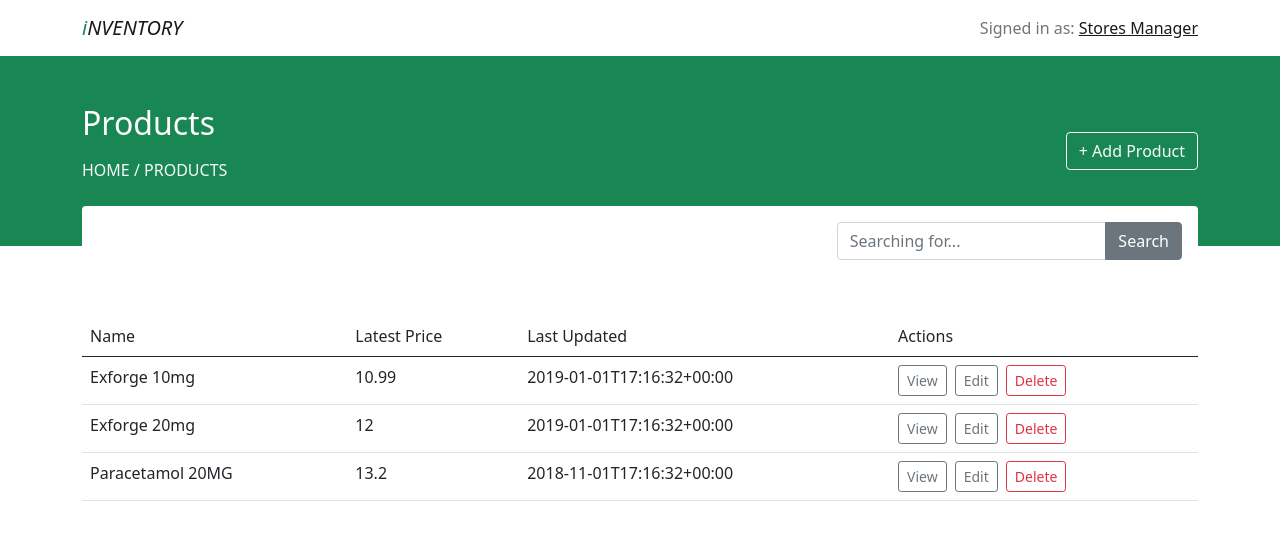
Repository: tHEO2k17/inventory-manager
Page: /
These files come from the project's save history. The page is drawn as it stood at one moment and after the next save; the edit follows.
The browser window is 1280 px wide. The pictures show the whole page.
The project was rebuilt for these pictures with package versions that can differ from the ones it lists, and the page was loaded fresh each time.

Above is the page before, as saved 2021-08-31 09:31:01.

### src/index.tsx
import React from 'react';
import ReactDOM from 'react-dom';
import './index.scss';
import App from './presentation/App';

ReactDOM.render(
  <React.StrictMode>
    <App />
  </React.StrictMode>,
  document.getElementById('root')
);

### src/index.scss
@import '~bootstrap/scss/bootstrap.scss';

.mtn-40{
    margin-top: -40px;
}

### src/presentation/App.tsx
import ProductsPage from './pages/ProductsPage';

export default function App() {
  return ( <ProductsPage/> );
}

### src/presentation/pages/ProductsPage.tsx
import { Component } from "react"
import { Button, Card, Col, Container, FormControl, InputGroup, Row, Table } from "react-bootstrap";
import { mock } from "../../core/mock";
import Banner from "../components/Banner";
import Product from "../components/Product";
import ProductForm from "../components/ProductForm";
import TopBar from "../components/TopBar";

export default class ProductsPage extends Component {
    // constructor(props: any) {
    //     super(props);
    // }

    render() {
        return (
            <>
                <TopBar />
                <Banner />
                <Container>
                    <Card className="mtn-40 border-0">
                        <Card.Body>
                            <Row>
                                <Col></Col>
                                <Col md="4">
                                    <InputGroup className="mb-3">
                                        <FormControl
                                            placeholder="Searching for..."
                                            aria-label="Searching for..."
                                            aria-describedby="basic-addon2"
                                        />
                                        <Button variant="secondary" id="button-addon2"> Search</Button>
                                    </InputGroup>
                                </Col>
                            </Row>
                        </Card.Body>
                    </Card>
                    {/* <ProductForm /> */}
                    <br />
                    <Table>
                        <thead>
                            <tr>
                                <td>Name</td>
                                <td>Latest Price</td>
                                <td>Last Updated</td>
                                <td>Actions</td>
                            </tr>
                        </thead>
                        <tbody>
                            {
                                mock.products.map(product => <Product key={product.id} product={product} />)
                            }
                        </tbody>
                    </Table>
                </Container>
            </>
        );
    }
}

### src/core/mock.ts
export const mock = {
    "products": [
        {
            "id": 1,
            "name": "Exforge 10mg",
            "prices": [
                {
                    "id": 1,
                    "price": 10.99,
                    "date": "2019-01-01T17:16:32+00:00"
                },
                {
                    "id": 2,
                    "price": 9.20,
                    "date": "2018-11-01T17:16:32+00:00"
                }
            ]
        },
        {
            "id": 2,
            "name": "Exforge 20mg",
            "prices": [
                {
                    "id": 3,
                    "price": 12.00,
                    "date": "2019-01-01T17:16:32+00:00"
                },
                {
                    "id": 4,
                    "price": 13.20,
                    "date": "2018-11-01T17:16:32+00:00"
                }
            ]
        },
        {
            "id": 3,
            "name": "Paracetamol 20MG",
            "prices": [
                {
                    "id": 5,
                    "price": 5.00,
                    "date": "2017-01-01T17:16:32+00:00"
                },
                {
                    "id": 6,
                    "price": 13.20,
                    "date": "2018-11-01T17:16:32+00:00"
                }
            ]
        }
    ]
};

### src/presentation/components/Banner.tsx
import { Button, Col, Container, Row } from "react-bootstrap";

const Banner = () => {
    return (
        <section className="bg-success">
            <Container className="py-5 text-white">
                <Row className="align-items-center">
                    <Col>
                        <h2>Products</h2>
                        <p className="text-light mt-3 fw-light fs-6">HOME / PRODUCTS</p>
                    </Col>
                    <Col>
                        <Button variant="outline-light" className="float-end">+ Add Product</Button>
                    </Col>
                </Row>
            </Container>
        </section>
    );
}

export default Banner;

### src/presentation/components/Product.tsx
import { Button } from "react-bootstrap"
import moment from 'moment';

const Product = ({ product }: ProductProps) => {

    const findLatestPriceInfo = (prices: any[]): any => {
        return prices.reduce(
            (acc: any, value: any) =>
                moment(acc.date).isAfter(value.date)
                    ? acc
                    : value
        );
    }

    return (
        <tr>
            <td>{product.name}</td>
            <td>{findLatestPriceInfo(product.prices).price}</td>
            <td>{findLatestPriceInfo(product.prices).date}</td>
            <td>
                <Button size="sm" variant="outline-secondary">View</Button>
                <Button size="sm" variant="outline-secondary" className="mx-2">Edit</Button>
                <Button size="sm" variant="outline-danger">Delete</Button>
            </td>
        </tr>
    );

}

export default Product;

type ProductProps = {
    key: any,
    product: any
}

### src/presentation/components/TopBar.tsx
import { Container, Navbar } from "react-bootstrap";

const TopBar = () => {
    return (
        <Navbar>
            <Container>
                <Navbar.Brand href="#home" className="fst-italic"><span className="text-success">i</span>NVENTORY</Navbar.Brand>
                <Navbar.Toggle />
                <Navbar.Collapse className="justify-content-end">
                    <Navbar.Text>
                        Signed in as: <a href="#login">Stores Manager</a>
                    </Navbar.Text>
                </Navbar.Collapse>
            </Container>
        </Navbar>
    );
}

export default TopBar;

Loaded but not shown: public/index.html (common file)

After the next save:
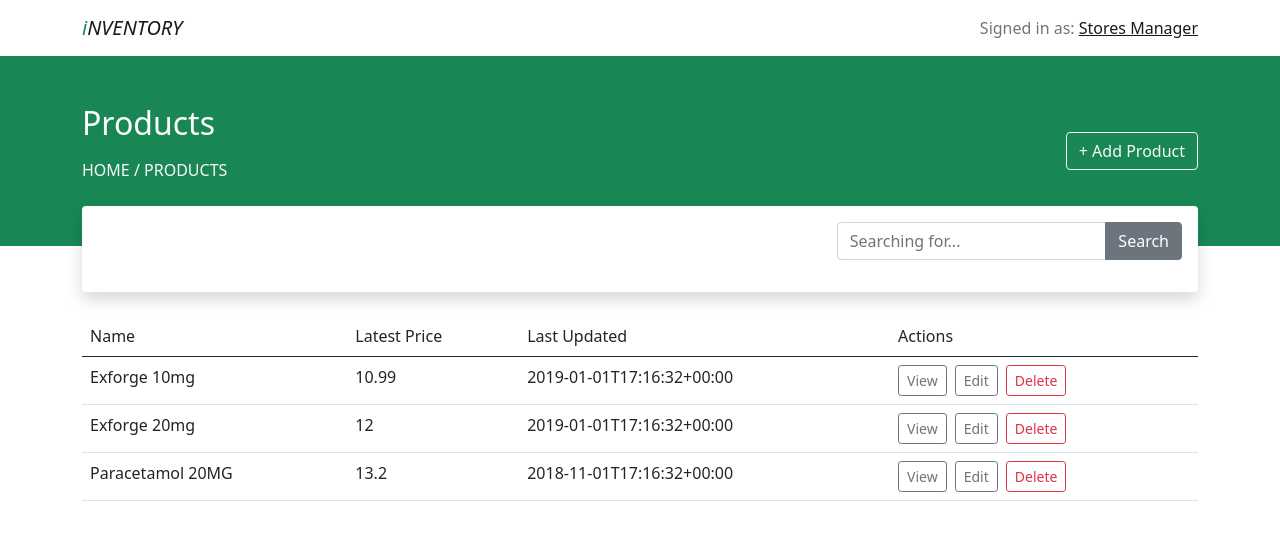
Saved 8 s later.
--- a/src/presentation/pages/ProductsPage.tsx
+++ b/src/presentation/pages/ProductsPage.tsx
@@ -17,7 +17,7 @@ export default class ProductsPage extends Component {
                 <TopBar />
                 <Banner />
                 <Container>
-                    <Card className="mtn-40 border-0">
+                    <Card className="mtn-40 border-0 shadow">
                         <Card.Body>
                             <Row>
                                 <Col></Col>
